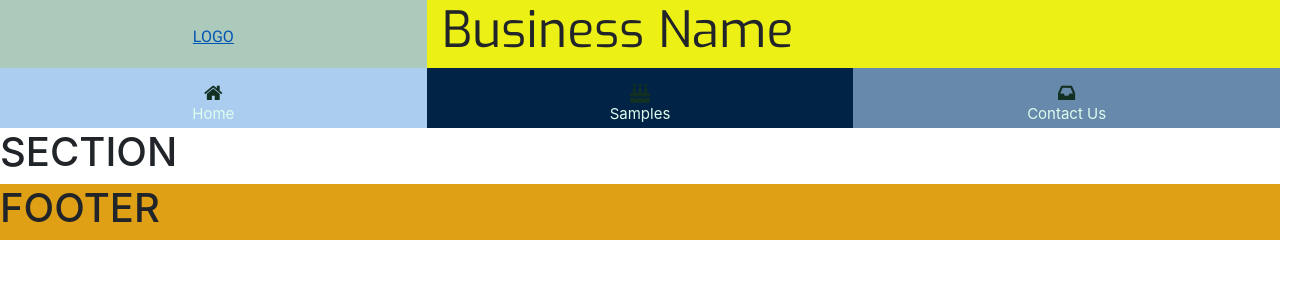
Repository: seanjcarley/Milestone1
Page: index.html
The author's editor kept a record of every edit. The page is drawn from the files as they stood at one moment, then again after the next edit.
The browser window is 1280 px wide. The page is 1295 px wide, so the pictures cover 1295 px, including what lies to the right of the window. The pictures show the whole page.

Above is the page before.

### index.html
<!DOCTYPE html>
<html lang="en">

<head>
    <meta charset="UTF-8">
    <meta name="viewport" content="width=device-width, initial-scale=1.0">
    <meta http-equiv="X-UA-Compatible" content="ie=edge">
    <link rel="stylesheet" href="https://stackpath.bootstrapcdn.com/bootstrap/4.3.1/css/bootstrap.min.css" type="text/css" />
    <link rel="stylesheet" href="https://stackpath.bootstrapcdn.com/font-awesome/4.7.0/css/font-awesome.min.css" type="text/css">
    <link rel="stylesheet" href="https://cdnjs.cloudflare.com/ajax/libs/hover.css/2.3.1/css/hover-min.css" type="text/css">
    <link rel="stylesheet" href="css/style.css">
    <title>XXXXX Bakery and Novelty Cakes</title>
</head>

<body>
    <header>
        <div class="row no-gutters">
            <a href="#" class="col-md-4 logo">LOGO</a>
            <div class="col-md-8">
                <div class="row no-gutters"></div>
                <div class="col">
                <h1 class="name">Business Name</h1>
                </div>
            </div>
        </div>
        <div class="row no-gutters">
            <div class="col">
                <ul id="nav" class="list-inline menucontainer">
                    <li class="col col-sm-4 menu-item-color-home list-inline-item menuitem">
                        <a href="index.html"><i class="fa fa-home" aria-hidden="true"></i><span>Home</span></a>
                    </li>
                    <li class="col col-sm-4 menu-item-color-samples list-inline-item menuitem">
                        <a href="#"><i class="fa fa-birthday-cake" aria-hidden="true"></i><span>Samples</span></a>
                    </li>
                    <li class="col col-sm-4 menu-item-color-contact list-inline-item menuitem">
                        <a href="#"><i class="fa fa-inbox" aria-hidden="true"></i><span>Contact Us</span></a>
                    </li>
                </ul>
            </div>
        </div>
    </header>
    <section>
        <div class="row">
            <div class="col">
                <h1>SECTION</h1>
            </div>
        </div>
    </section>
    <footer>
        <div class="row">
            <div class="col">
                <h1>FOOTER</h1>
            </div>

        </div>
    </footer>
</body>

</html>

### css/style.css
@import url('https://fonts.googleapis.com/css?family=Roboto:100,200,300,400,500,600,700|Exo:100,200,300,400,500,600,700');

/*----------------------------------------------------------------------------*/
/* Colours */
/*----------------------------------------------------------------------------*/

.menu-item-color-home {
    background-color: #abcdef;
}

.menu-item-color-samples {
    background-color: #012345;
}

.menu-item-color-contact {
    background-color: #6789ab;
}

/*----------------------------------------------------------------------------*/
/* Header */
/*----------------------------------------------------------------------------*/

header {
    margin: 0;
    background-color: #edf015;
}

.name {
    font-family: "Exo", sans-serif;
    font-weight: 400;
    font-size: 50px;
}

.logo {
    background: url("#");
    background-position: center;
    background-repeat: no-repeat;
    background-size: cover;
    background-color: #abcabc;
    font-family: "Roboto", sans-serif;
    text-align: center;
    padding-top: 25px;
}

.list-inline-item:not(:last-child) {
    margin-right: 0;
}

.menucontainer {
    font-size: 0;
}

#nav li {
    font-size: 14px;
    padding: 0;
}

#nav {
    margin: 0;
}

.menuitem {
    height: 60px;
    text-align: center;
    padding: 0;
}

.menuitem a {
    width: 100%;
    text-decoration: none;
    color: #defdef;
    height: 100%;
}

.menuitem a i {
    padding-top: 15px;
    display: block;
    color: #123123;
    font-size: 20px;
}

.menuitem span {
    font-size: 15px;
}

/*----------------------------------------------------------------------------*/
/* Section */
/*----------------------------------------------------------------------------*/

section {
    margin: 0;
}

/*----------------------------------------------------------------------------*/
/* Footer */
/*----------------------------------------------------------------------------*/

footer {
    margin: 0;
    background-color: #dfa015;
}

/*----------------------------------------------------------------------------*/
/* Media Queries */
/*----------------------------------------------------------------------------*/

After the next edit:
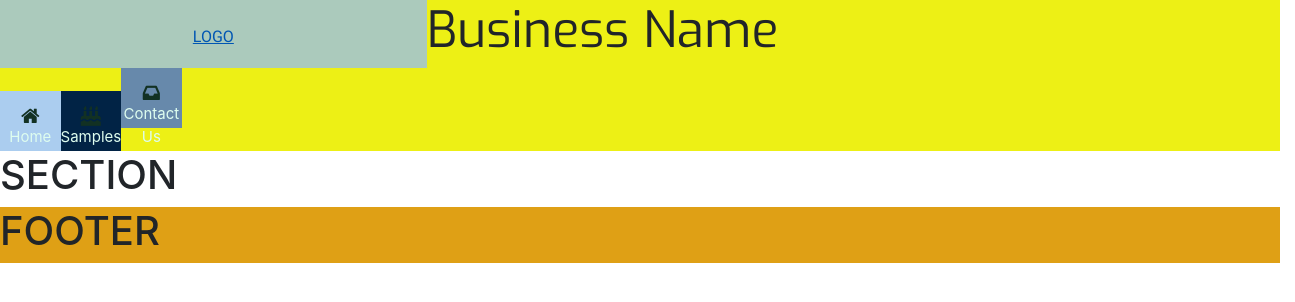
The edit:
--- a/index.html
+++ b/index.html
@@ -17,7 +17,7 @@
         <div class="row no-gutters">
             <a href="#" class="col-md-4 logo">LOGO</a>
             <div class="col-md-8">
-                <div class="row no-gutters"></div>
+                <div class="row no-gutters">
                 <div class="col">
                 <h1 class="name">Business Name</h1>
                 </div>

After the edit that followed:
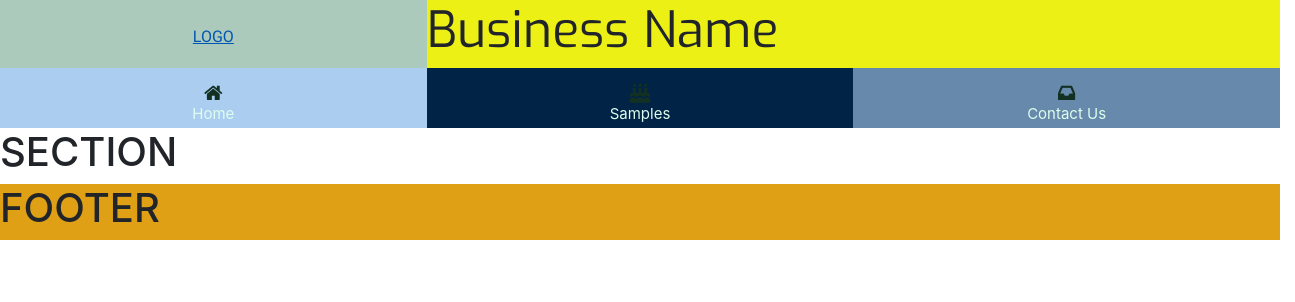
The edit:
--- a/index.html
+++ b/index.html
@@ -18,9 +18,11 @@
             <a href="#" class="col-md-4 logo">LOGO</a>
             <div class="col-md-8">
                 <div class="row no-gutters">
-                <div class="col">
-                <h1 class="name">Business Name</h1>
+                    <div class="col">
+                        <h1 class="name">Business Name</h1>
+                    </div>
                 </div>
+
             </div>
         </div>
         <div class="row no-gutters">
